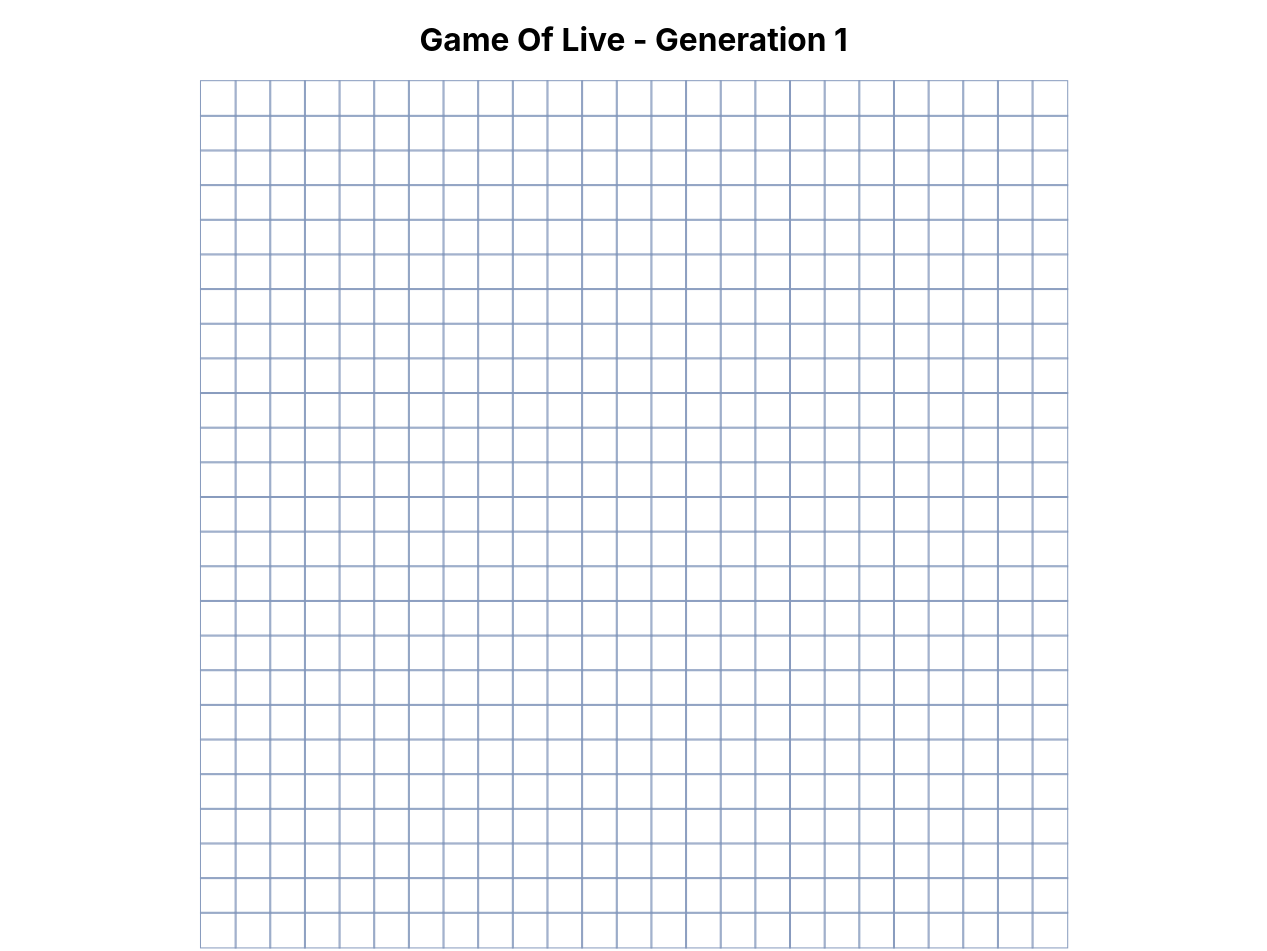
Repository: cfaguilera20/gol
Page: /
The author's editor kept a copy of each file at every save. The page is drawn from the files as they stood at one save, then again after the next save.
The browser window is 1280 px wide. The pictures show the whole page, at 99% of full size.
The project was rebuilt for these pictures with package versions that can differ from the ones it lists, and the page was loaded fresh each time.

Above is the page before, as saved 2021-07-25 11:46:35.

### src/App.js
import './App.css';

import World from './components/World.jsx';

function App() {
    return (
        <div className="App">
            <World />
        </div>
    );
}

export default App;

### src/components/World.jsx
import React, { useState } from 'react';
import './World.css';

const WORLD_SIZE = 25;

const World = (props) => {
    const [world, setWorld] = useState(createWorld(WORLD_SIZE));
    const [generation, setGenerarion] = useState(1);

    return (
        <>
            <h1>Game Of Live - Generation {generation}</h1>
            <div className="world">
                {world.map((row, rowIdx) => (
                    <div key={rowIdx} className="row">
                        {row.map((cellValue, cellIdx) => {
                            const className = getCellClassName(world);
                            return (
                                <div key={cellIdx} className={className}></div>
                            );
                        })}
                    </div>
                ))}
            </div>
        </>
    );
};

const createWorld = (WORLD_SIZE) => {
    let counter = 1;
    const world = [];
    for (let row = 0; row < WORLD_SIZE; row++) {
        const currentRow = [];
        for (let col = 0; col < WORLD_SIZE; col++) {
            currentRow.push(counter++);
        }
        world.push(currentRow);
    }
    return world;
};

const getCellClassName = (cellValue, board) => {
    let className = 'cell';
    if (cellValue === 1) {
        className = 'cell cell-red';
    }
    return className;
};

export default World;

### src/components/world.css
.row {
    height: 35px;
}

.cell {
    width: 35px;
    height: 35px;
    outline: 1px solid rgb(134, 154, 189);
    display: inline-block;
}

.cell-green {
    background-color: green;
}

.cell-red {
    background-color: red;
}

.cell-purple {
    background-color: purple;
}

Loaded but not shown: public/index.html (common file); src/index.js (common file); src/index.css (common file); src/reportWebVitals.js (common file); src/App.css (common file)

After the next save:
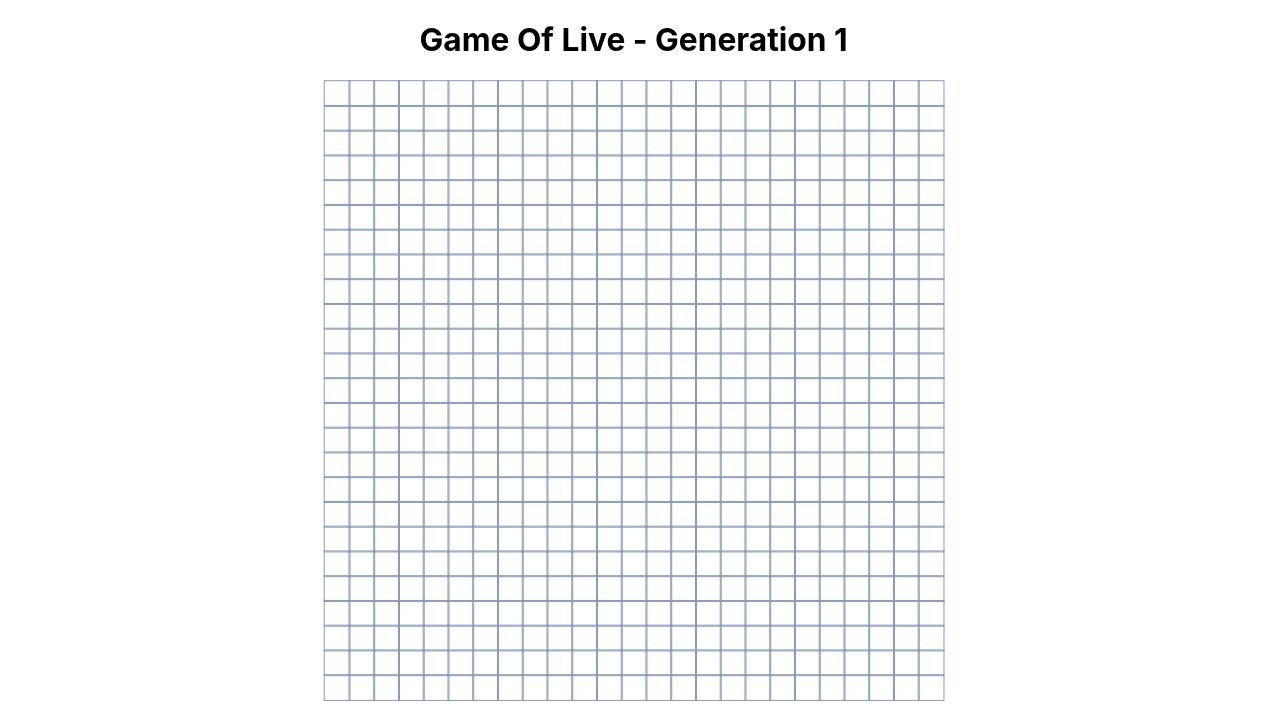
Saved 21 s later.
--- a/src/components/world.css
+++ b/src/components/world.css
@@ -1,10 +1,10 @@
 .row {
-    height: 35px;
+    height: 25px;
 }
 
 .cell {
-    width: 35px;
-    height: 35px;
+    width: 25px;
+    height: 25px;
     outline: 1px solid rgb(134, 154, 189);
     display: inline-block;
 }
